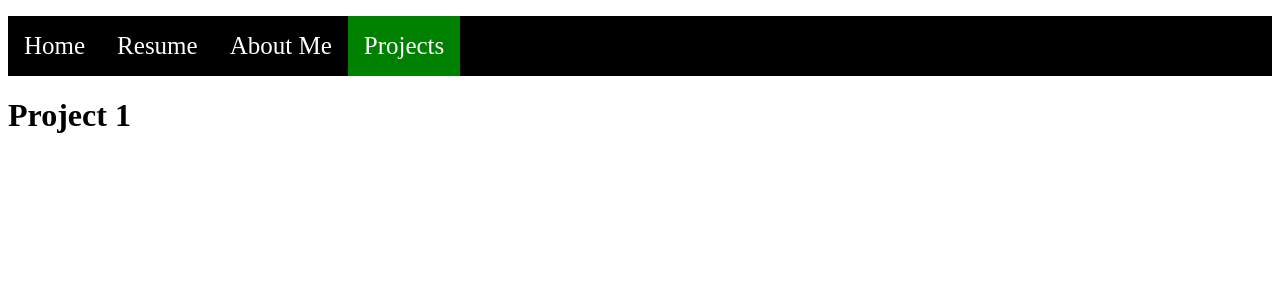
Repository: Coli-Pixel/Coli-Pixel.github.io
Page: project1.html
The author's editor kept a record of every edit. The page is drawn from the files as they stood at one moment, then again after the next edit.
The browser window is 1280 px wide. The pictures show the whole page.

Above is the page before.

After the next edit:
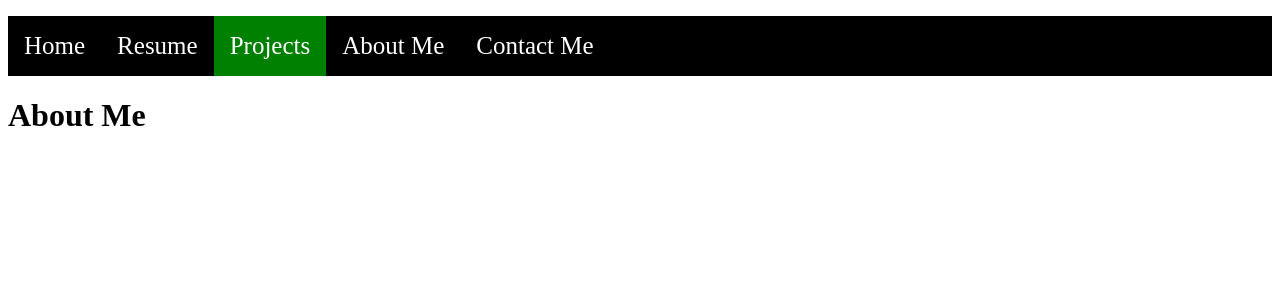
The edit:
--- a/project1.html
+++ b/project1.html
@@ -1,14 +1,13 @@
 <!DOCTYPE html>
 <html>
     <head>
-        <title>Home</title>
+        <title>Project 1</title>
         <link rel="stylesheet" type="text/css" href="style.css">
     </head>
     <body>
         <ul class="navbar">
             <li ><a href="/index.html">Home</a></li>
             <li><a href="/resume.html">Resume</a></li>
-            <li><a href="/about-me.html">About Me</a></li>
             <li class = "dropdown">
                 <div class="active">Projects</div>
                 <ul class="dropdown-content">
@@ -17,7 +16,9 @@
                     <li><a href="#">Project 3</a></li>
                 </ul>
             </li>
+            <li><a href="/about-me.html">About Me</a></li>
+            <li><a href="/contact-me.html">Contact Me</a></li>
         </ul>
-        <h1>Project 1</h1>
+        <h1>About Me</h1>
     </body>
 </html>
